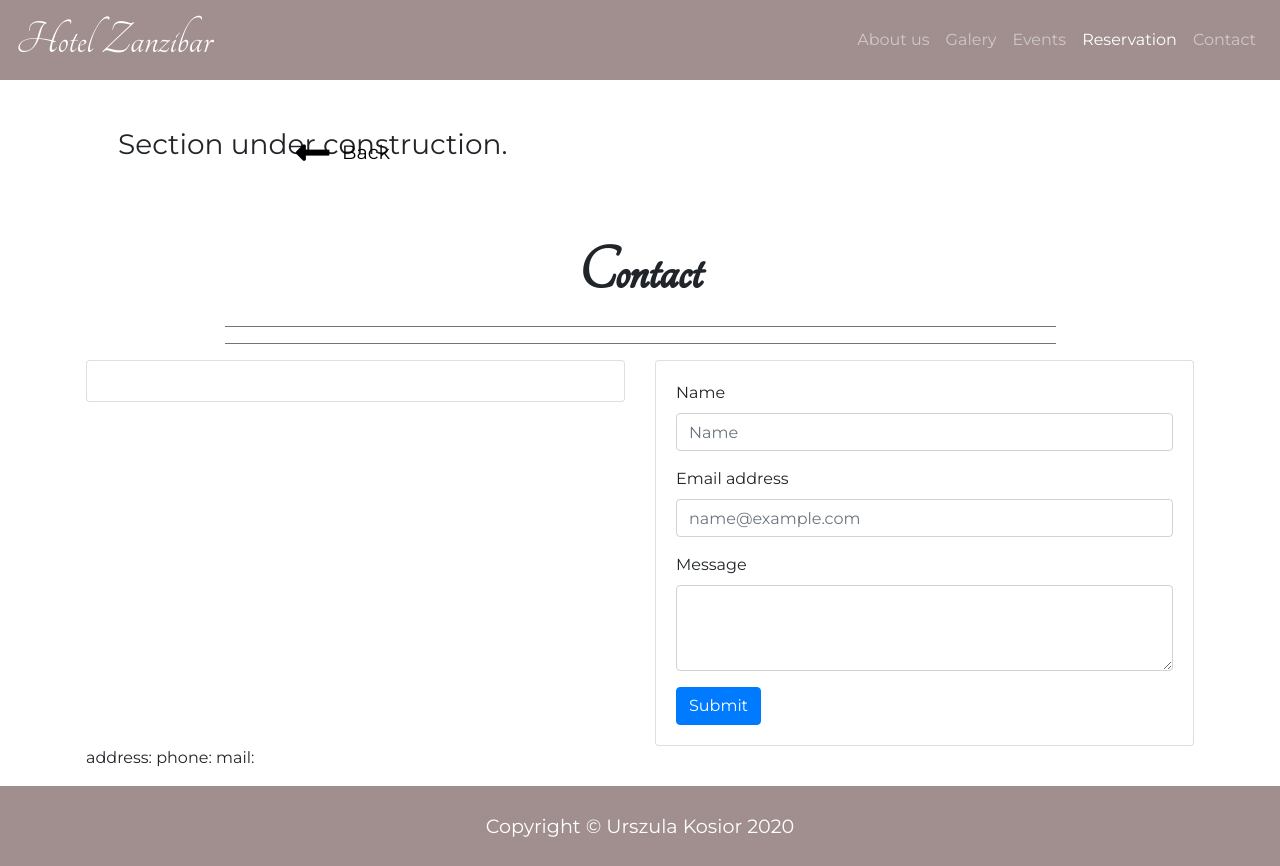
Repository: Ulaa93/Hotel-Zanzibar
Page: reservation.html
These files come from the project's save history. The page is drawn as it stood at one moment and after a run of saves; the edit follows.
The browser window is 1280 px wide. The pictures show the whole page.

Above is the page before, as saved 2020-01-28 15:51:43.

After the next 2 saves:
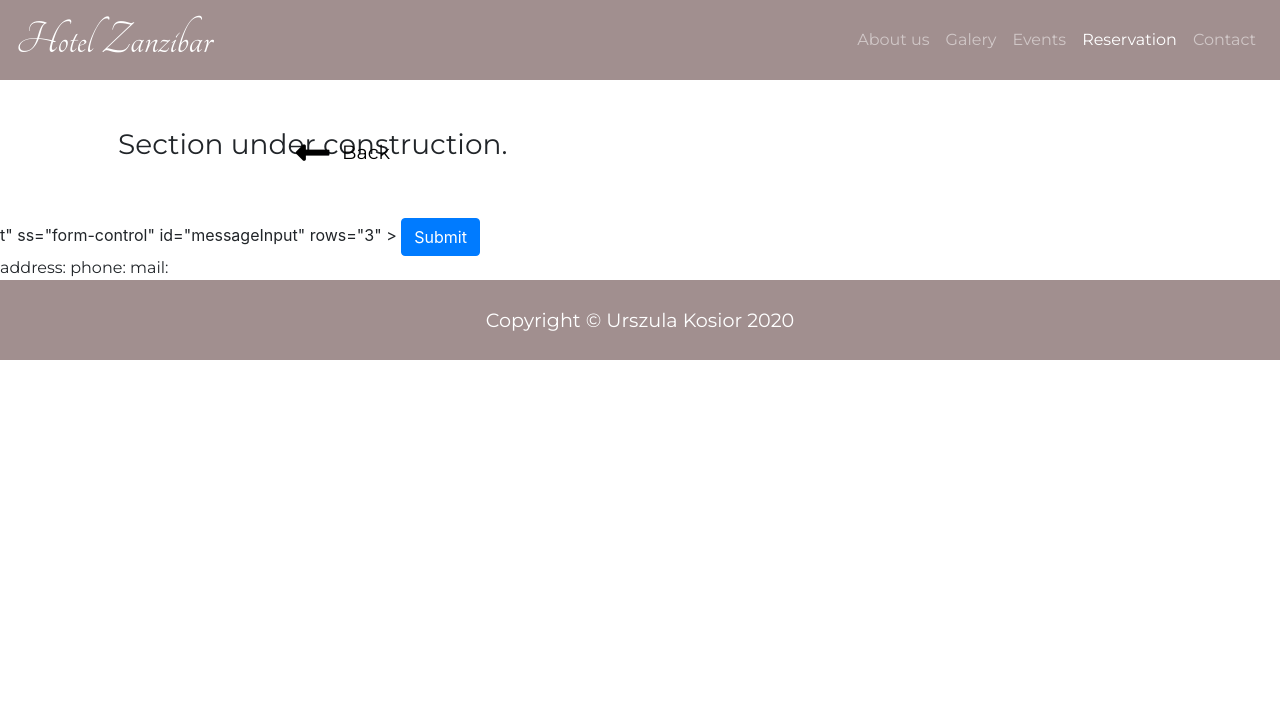
The 2 saves are shown as one change because they came seconds apart.
The last was saved 7 s later.
--- a/reservation.html
+++ b/reservation.html
@@ -68,44 +68,8 @@
     <section class="galery container p-5">
       <h3>Section under construction.</h3>
     </section>
-    <section class="container p-3">
-      <h2>Contact</h2>
-      <hr />
-      <hr />
-
-      <div class="row">
-        <div class="col-sm-6">
-          <div class="card">
-            <div class="card-body" id="map"></div>
-          </div>
-        </div>
-        <div class="col-sm-6">
-          <div class="card">
-            <div class="card-body">
-              <form>
-                <div class="form-group">
-                  <label for="nameInput">Name</label>
-                  <input
-                    type="text"
-                    class="form-control"
-                    id="nameInput"
-                    placeholder="Name"
-                  />
-                </div>
-                <div class="form-group">
-                  <label for="emailInput">Email address</label>
-                  <input
-                    type="email"
-                    class="form-control"
-                    id="emailInput"
-                    placeholder="name@example.com"
-                  />
-                </div>
-
-                <div class="form-group">
-                  <label for="messageInput">Message</label>
-                  <textarea
-                    class="form-control"
+    t"
+           ss="form-control"
                     id="messageInput"
                     rows="3"
                   ></textarea>
